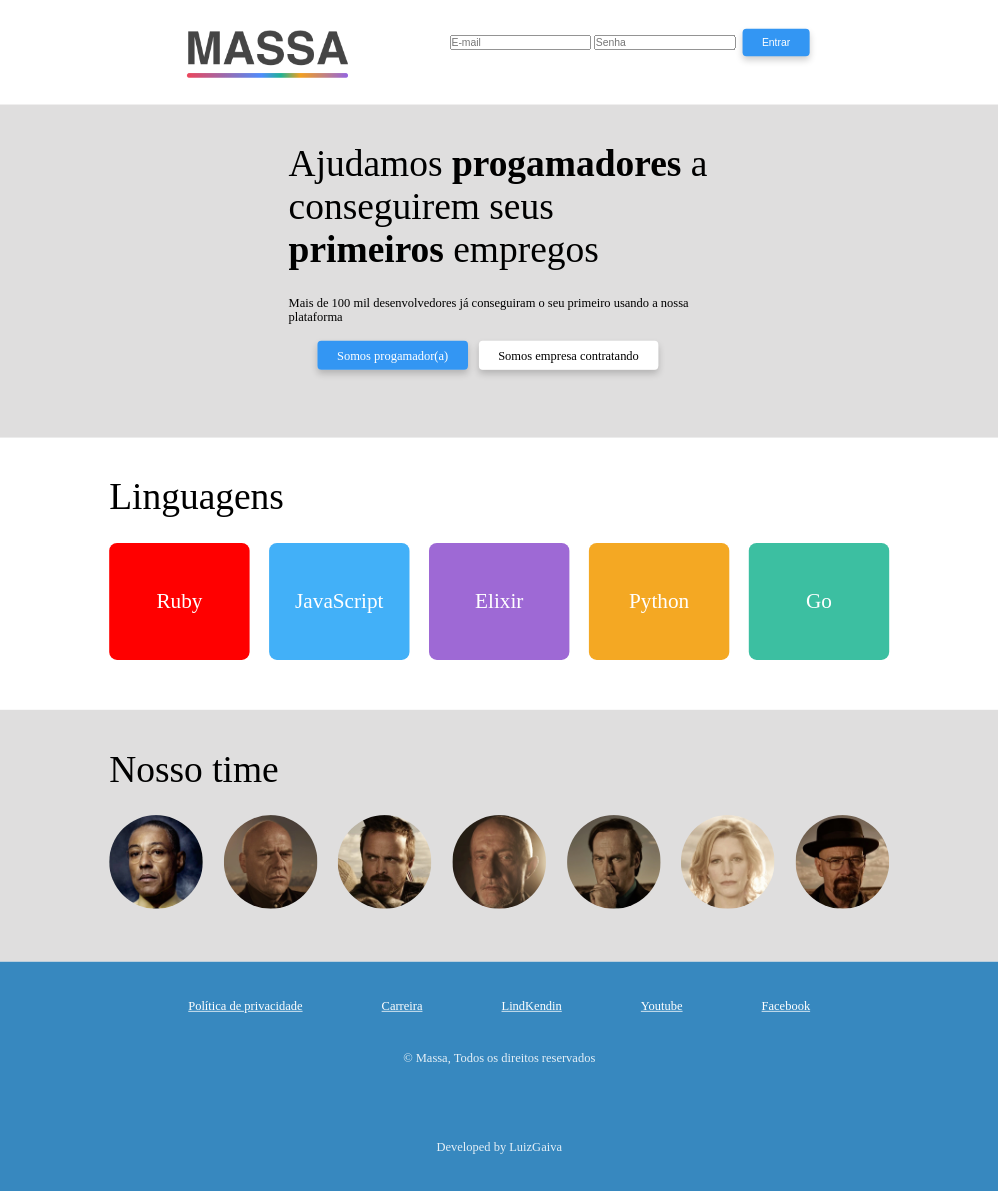
Repository: luizgaivaa/ProjetoSite
Page: index.html
The author's editor kept a copy of each file at every save. The page is drawn from the files as they stood at one save, then again after the next save.
The browser window is 1280 px wide. The pictures show the whole page, at 78% of full size.

Above is the page before, as saved 2024-03-19 15:06:49.

After the next save:
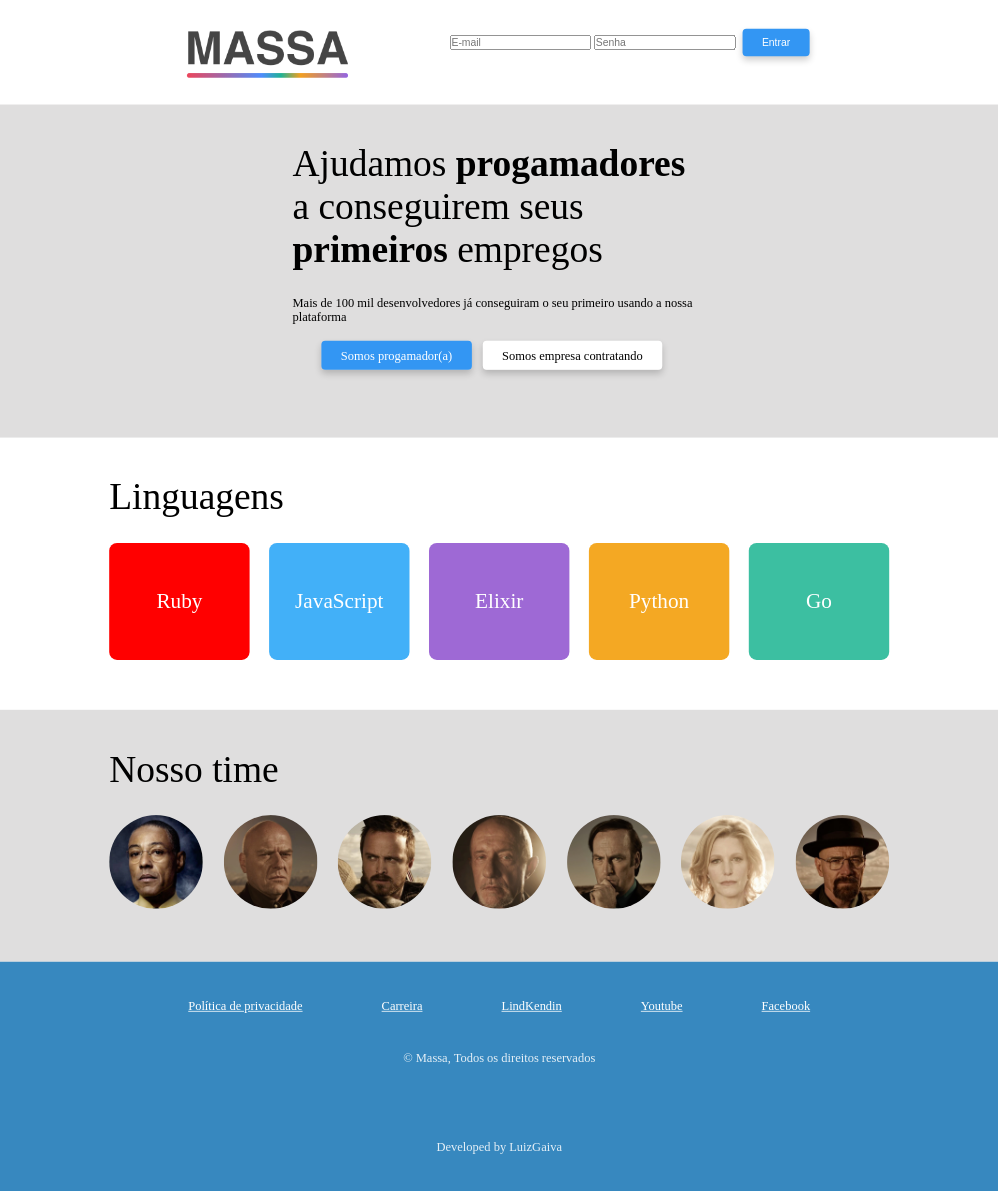
Saved 5 s later.
--- a/style.css
+++ b/style.css
@@ -89,7 +89,7 @@
 
    }
    .hero{
-    width: 54%;
+    width: 53%;
     margin: auto;
    }
 
